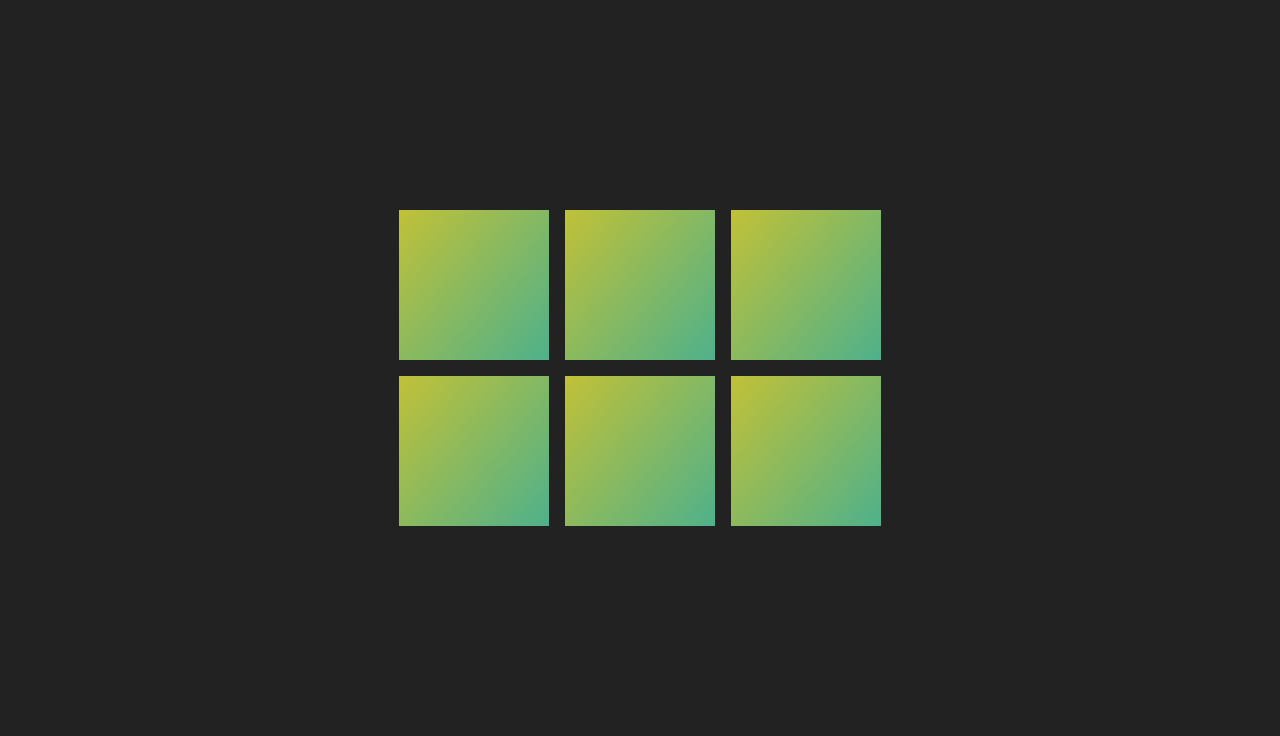
Repository: mariocapitbrok/css-grid
Page: index.html
These files come from the project's save history. The page is drawn as it stood at one moment and after the next save; the edit follows.
The browser window is 1280 px wide. The pictures show the whole page.

Above is the page before, as saved 2022-12-29 13:15:40.

After the next save:
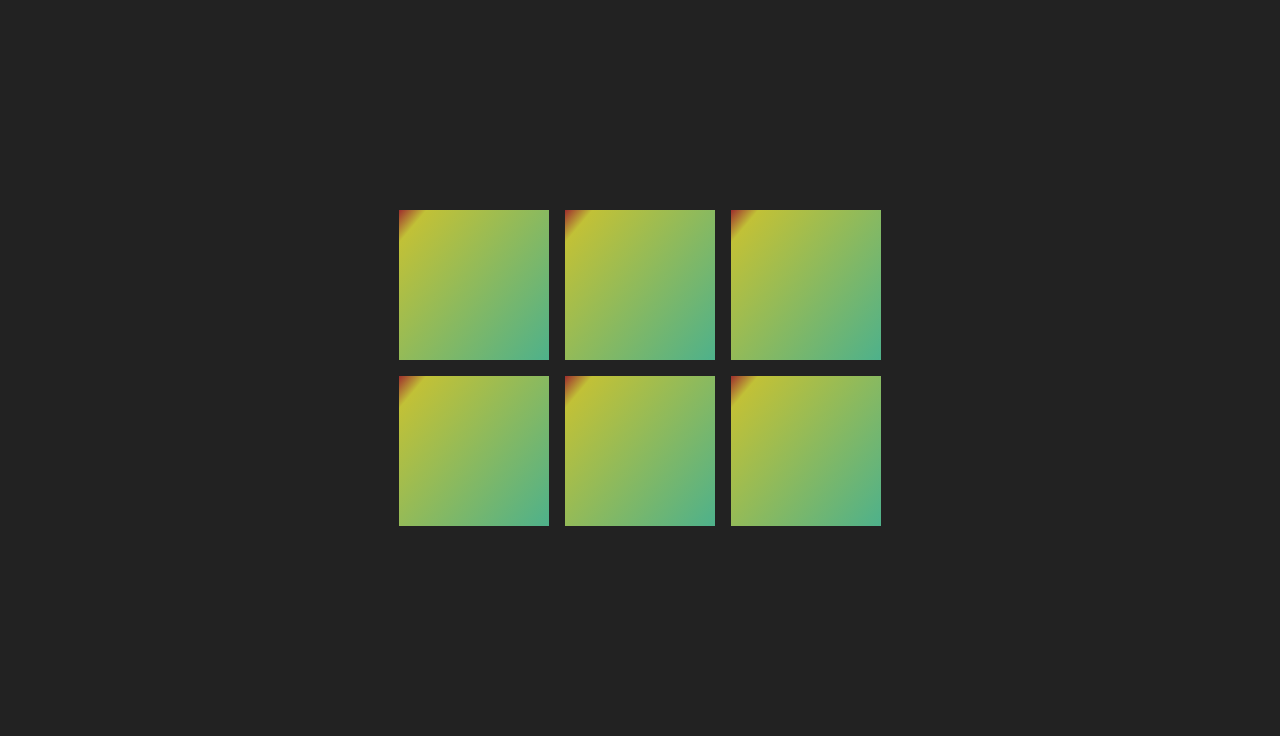
Saved 5 s later.
--- a/styles.css
+++ b/styles.css
@@ -15,5 +15,5 @@ body {
 
 .item {
   background-color: #1EAAFC;
-  background-image: linear-gradient(130deg, #9e2d2d 0%, #c1c137 0%, #4eb18b);
+  background-image: linear-gradient(130deg, #9e2d2d 0%, #c1c137 10%, #4eb18b);
 }
